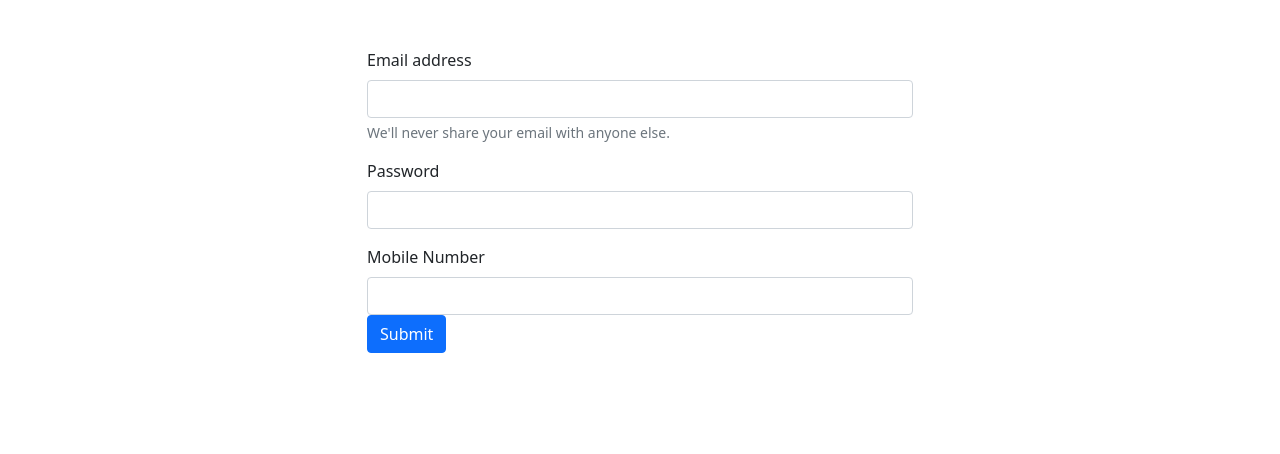
Repository: SimSri-ExtraMarks/FormHandling
Page: formHandling/form.html
These files come from the project's save history. The page is drawn as it stood at one moment and after the next save; the edit follows.
The browser window is 1280 px wide. The pictures show the whole page.

Above is the page before, as saved 2021-06-26 12:28:05.

After the next save:
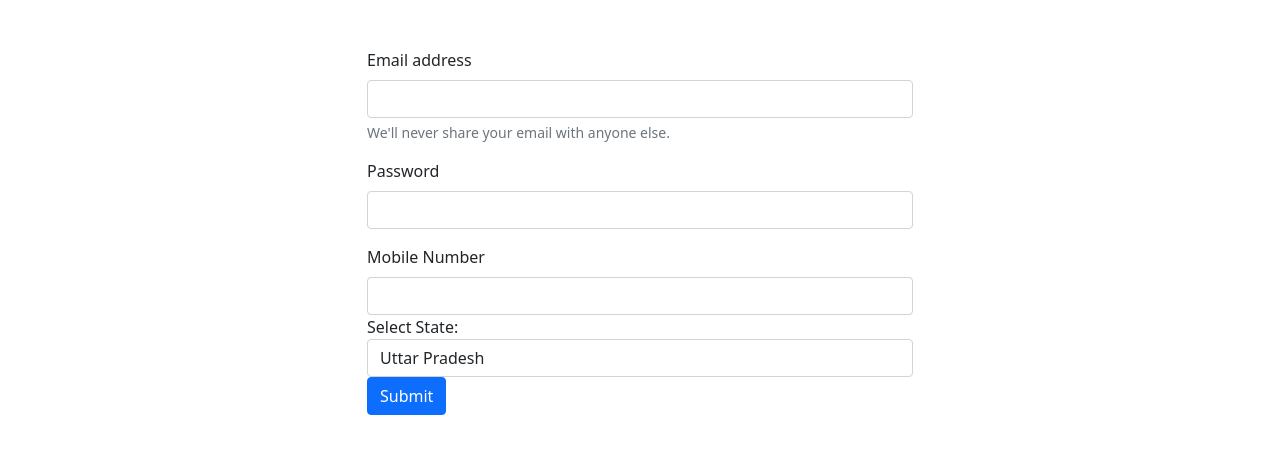
Saved 3 min 42 s later.
--- a/formHandling/form.html
+++ b/formHandling/form.html
@@ -26,6 +26,15 @@
    <div class="mb-3">
     <label for="exampleInputMobileNumber" class="form-label">Mobile Number</label>
     <input type="mobilenumber" class="form-control" id="exampleInputMobileNumber">
+    <div class="form-group">
+  <label for="exampleInputState">Select State:</label>
+  <select class="form-control" id="exampleInputState">
+    <option>Uttar Pradesh</option>
+    <option>Maharashtra</option>
+    <option>Rajasthan</option>
+    <option>Kerala</option>
+  </select>
+</div>
   <button type="submit" class="btn btn-primary">Submit</button>
 </form>
 
